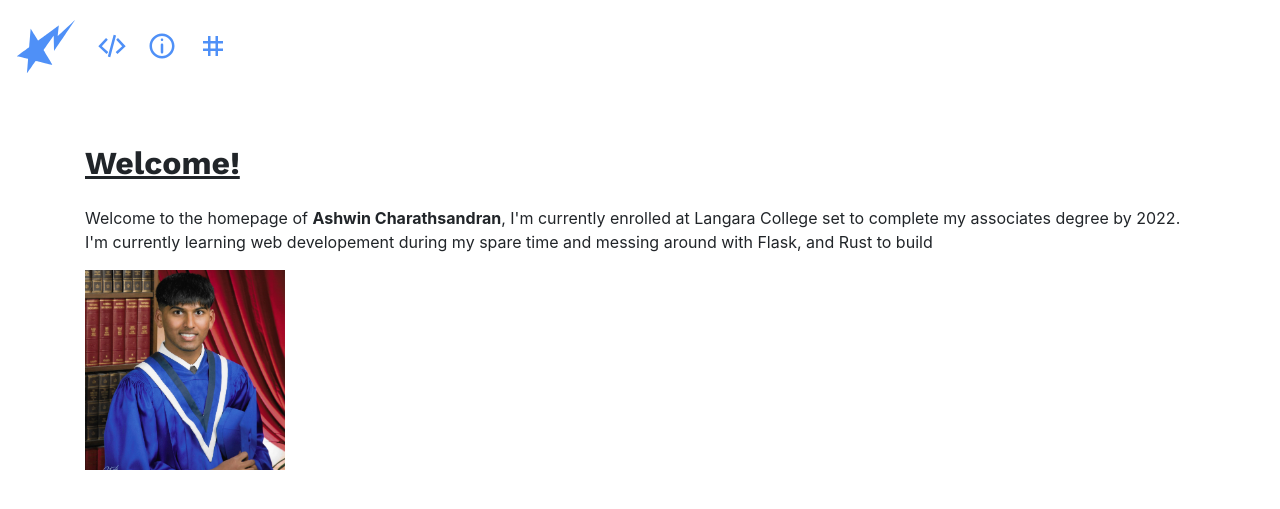
Repository: xxiz/ashwin.lol_flask
Page: http://localhost/
The author's editor kept a copy of each file at every save. The page is drawn from the files as they stood at one save, then again after the next save.
The browser window is 1280 px wide. The pictures show the whole page.
The page is served by the project's application, run on Flask 3 (app.py).

Above is the page before, as saved 2021-08-31 17:30:17.

After the next save:
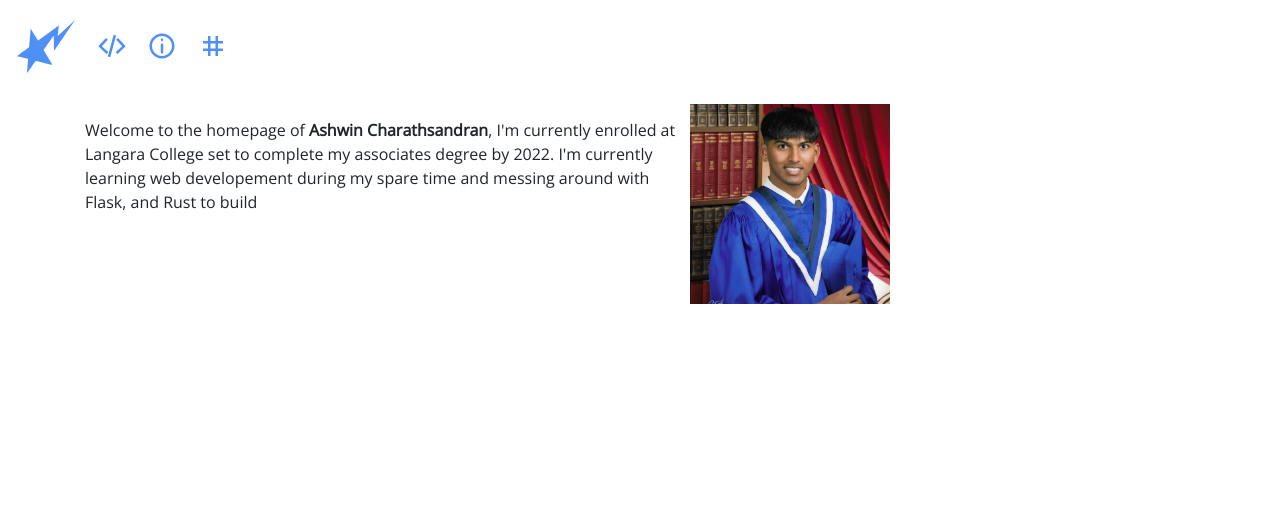
Saved 11 s later.
--- a/templates/index.html
+++ b/templates/index.html
@@ -2,8 +2,6 @@
 {% block content %}
 <br>
     <p class="confined">
-
-    <h1>Welcome!</h1>
         Welcome to the homepage of <b>Ashwin Charathsandran</b>, I'm currently enrolled at Langara College set to complete my associates degree by 2022. I'm currently learning web developement during my spare time and messing around with Flask, and Rust to build </p>
     <img class="me" src="/static/me.jpg" alt="A picture of myself">
 {% endblock %}
